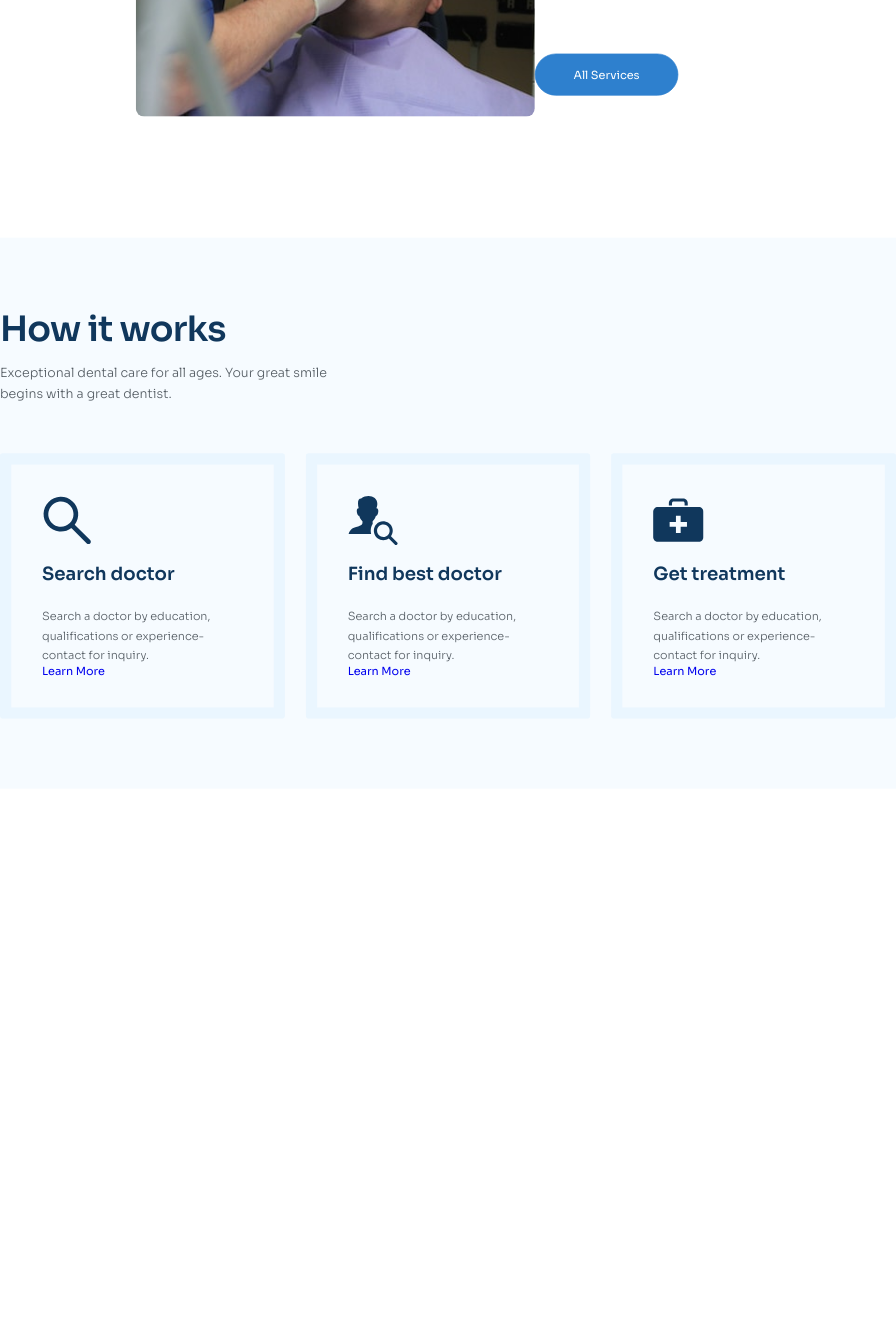
Repository: dongnguyen2112/htmlcss-project-03
Page: index.html
The author's editor kept a copy of each file at every save. The page is drawn from the files as they stood at one save, then again after a run of saves.
The browser window is 1280 px wide. The pictures show the part of the page from y = 1502 to 3422 px (the page is 5720 px tall), at 70% of full size.

Above is the page before, as saved 2023-08-01 17:27:02.

### index.html
<!DOCTYPE html>
<html lang="en">
    <head>
        <meta charset="UTF-8" />
        <meta name="viewport" content="width=device-width, initial-scale=1.0" />
        <title>Shine Smile</title>
        <!-- Favicons -->
        <link
            rel="apple-touch-icon"
            sizes="57x57"
            href="./assets/favicon/apple-icon-57x57.png"
        />
        <link
            rel="apple-touch-icon"
            sizes="60x60"
            href="./assets/favicon/apple-icon-60x60.png"
        />
        <link
            rel="apple-touch-icon"
            sizes="72x72"
            href="./assets/favicon/apple-icon-72x72.png"
        />
        <link
            rel="apple-touch-icon"
            sizes="76x76"
            href="./assets/favicon/apple-icon-76x76.png"
        />
        <link
            rel="apple-touch-icon"
            sizes="114x114"
            href="./assets/favicon/apple-icon-114x114.png"
        />
        <link
            rel="apple-touch-icon"
            sizes="120x120"
            href="./assets/favicon/apple-icon-120x120.png"
        />
        <link
            rel="apple-touch-icon"
            sizes="144x144"
            href="./assets/favicon/apple-icon-144x144.png"
        />
        <link
            rel="apple-touch-icon"
            sizes="152x152"
            href="./assets/favicon/apple-icon-152x152.png"
        />
        <link
            rel="apple-touch-icon"
            sizes="180x180"
            href="./assets/favicon/apple-icon-180x180.png"
        />
        <link
            rel="icon"
            type="image/png"
            sizes="192x192"
            href="./assets/favicon/android-icon-192x192.png"
        />
        <link
            rel="icon"
            type="image/png"
            sizes="32x32"
            href="./assets/favicon/favicon-32x32.png"
        />
        <link
            rel="icon"
            type="image/png"
            sizes="96x96"
            href="./assets/favicon/favicon-96x96.png"
        />
        <link
            rel="icon"
            type="image/png"
            sizes="16x16"
            href="./assets/favicon/favicon-16x16.png"
        />
        <link rel="manifest" href="./assets/favicon/manifest.json" />
        <meta name="msapplication-TileColor" content="#ffffff" />
        <meta
            name="msapplication-TileImage"
            content="./assets/favicon/ms-icon-144x144.png"
        />
        <meta name="theme-color" content="#ffffff" />
        <!-- Font Sora -->
        <link rel="preconnect" href="https://fonts.googleapis.com" />
        <link rel="preconnect" href="https://fonts.gstatic.com" crossorigin />
        <link
            href="https://fonts.googleapis.com/css2?family=Sora:wght@300;400;500;600;700&display=swap"
            rel="stylesheet"
        />
        <!-- Reset CSS -->
        <link rel="stylesheet" href="./assets/css/reset.css" />
        <link rel="stylesheet" href="./assets/css/styles.css" />
    </head>
    <body>
        <header class="header">
            <div class="container">
                <!-- Header-top -->
                <div class="header-top">
                    <!-- Logo -->
                    <a href="/">
                        <div class="logo">
                            <span class="logo__circle"></span>
                            <span class="logo__text">
                                <span class="logo__brand">Shine</span>
                                <span class="logo__brand logo__brand--small">
                                    smile
                                </span>
                            </span>
                        </div>
                    </a>
                    <!-- Navbar -->
                    <nav class="navbar">
                        <ul class="navbar__list">
                            <li class="navbar__item">
                                <a
                                    href="#!"
                                    class="navbar__link navbar__link--active"
                                    >Home</a
                                >
                            </li>
                            <li class="navbar__item">
                                <a href="#!" class="navbar__link">Services</a>
                            </li>
                            <li class="navbar__item">
                                <a href="#!" class="navbar__link">About</a>
                            </li>
                            <li class="navbar__item">
                                <a href="#!" class="navbar__link">Doctors</a>
                            </li>
                        </ul>
                    </nav>
                    <!-- Action -->
                    <div class="header-action">
                        <a href="#!" class="header-action__login">Log In</a>
                        <a href="#!" class="btn header-action__signup"
                            >Sign Up</a
                        >
                    </div>
                </div>
                <!-- Hero -->
                <section class="hero">
                    <!-- Hero-content -->
                    <section class="hero__content">
                        <h1 class="hero__heading">
                            Exceptional dental care for all ages.
                        </h1>
                        <p class="hero__desc">
                            Exceptional dental care for all ages. Your great
                            smile begins with a great dentist.
                        </p>
                        <div class="hero__row">
                            <a href="" class="btn">Book Online</a>
                            <span class="hero__phone"
                                >or call (123) 456-7890</span
                            >
                        </div>
                    </section>
                    <!-- Hero-media -->
                    <section class="hero__media">
                        <figure class="hero__images">
                            <img
                                src="./assets/img/hero-01.jpg"
                                alt=""
                                class="hero__img"
                            />
                            <img
                                src="./assets/img/hero-02.jpg"
                                alt=""
                                class="hero__img"
                            />
                        </figure>
                    </section>
                </section>
            </div>
        </header>
        <main style="height: 5000px">
            <!-- Service -->
            <section class="service">
                <div class="container">
                    <h1 class="service__heading section-heading">
                        Our services
                    </h1>
                    <p class="service__desc section-desc">
                        Exceptional dental care for all ages. Your great smile
                        begins with a great dentist.
                    </p>
                    <div class="service__row">
                        <figure>
                            <img
                                src="./assets/img/service.jpg"
                                alt=""
                                class="service__img"
                            />
                        </figure>
                        <div>
                            <div class="service__list">
                                <!-- Service Item 1 -->
                                <section class="service-item">
                                    <div class="service-item__icon">
                                        <svg
                                            width="22"
                                            height="24"
                                            viewBox="0 0 22 24"
                                            fill="none"
                                            xmlns="http://www.w3.org/2000/svg"
                                        >
                                            <path
                                                d="M20.3598 2.63964C17.9506 -0.556131 14.2772 -0.568132 11.2481 1.10682C11.001 1.24657 10.7219 1.31411 10.4406 1.30222C10.1592 1.29033 9.88633 1.19945 9.65105 1.03931C8.49552 0.245717 7.29036 -0.316477 5.13904 0.207462C0.623408 1.3071 0 4.90379 0 8.99816C0.0797353 12.1602 0.500857 15.3032 1.25551 18.3683C2.11836 22.0168 3.90382 24 5.43354 24C6.96326 24 7.00963 22.2204 7.00963 20.8016C7.00963 19.2009 7.39505 14.8009 10.8642 14.8009C13.5317 14.8009 14.3333 18.4013 14.3333 20.8016C14.3329 23.095 15.1722 24 16.6628 24C19.5267 24 20.9796 15.3938 21.3719 13.1237C21.7642 10.8535 22.9882 6.12569 20.3598 2.63964Z"
                                                fill="currentColor"
                                            />
                                        </svg>
                                        <!-- Icon -->
                                    </div>
                                    <div class="service-item__body">
                                        <h3 class="service-item__heading">
                                            Oral Surgery
                                        </h3>
                                        <p class="service-item__desc">
                                            Everything you expect and then some.
                                            Cleanings, fillings, and x-rays.
                                        </p>
                                    </div>
                                </section>
                                <!-- Service Item 2 -->
                                <section class="service-item">
                                    <div class="service-item__icon">
                                        <svg
                                            width="22"
                                            height="24"
                                            viewBox="0 0 22 24"
                                            fill="none"
                                            xmlns="http://www.w3.org/2000/svg"
                                        >
                                            <path
                                                d="M20.3598 2.63964C17.9506 -0.556131 14.2772 -0.568132 11.2481 1.10682C11.001 1.24657 10.7219 1.31411 10.4406 1.30222C10.1592 1.29033 9.88633 1.19945 9.65105 1.03931C8.49552 0.245717 7.29036 -0.316477 5.13904 0.207462C0.623408 1.3071 0 4.90379 0 8.99816C0.0797353 12.1602 0.500857 15.3032 1.25551 18.3683C2.11836 22.0168 3.90382 24 5.43354 24C6.96326 24 7.00963 22.2204 7.00963 20.8016C7.00963 19.2009 7.39505 14.8009 10.8642 14.8009C13.5317 14.8009 14.3333 18.4013 14.3333 20.8016C14.3329 23.095 15.1722 24 16.6628 24C19.5267 24 20.9796 15.3938 21.3719 13.1237C21.7642 10.8535 22.9882 6.12569 20.3598 2.63964Z"
                                                fill="currentColor"
                                            />
                                        </svg>
                                        <!-- Icon -->
                                    </div>
                                    <div class="service-item__body">
                                        <h3 class="service-item__heading">
                                            Wisdom Teeth Removal
                                        </h3>
                                        <p class="service-item__desc">
                                            Everything you expect and then some.
                                            Cleanings, fillings, and x-rays.
                                        </p>
                                    </div>
                                </section>
                                <!-- Service Item 3 -->
                                <section class="service-item">
                                    <div class="service-item__icon">
                                        <svg
                                            width="22"
                                            height="24"
                                            viewBox="0 0 22 24"
                                            fill="none"
                                            xmlns="http://www.w3.org/2000/svg"
                                        >
                                            <path
                                                d="M20.3598 2.63964C17.9506 -0.556131 14.2772 -0.568132 11.2481 1.10682C11.001 1.24657 10.7219 1.31411 10.4406 1.30222C10.1592 1.29033 9.88633 1.19945 9.65105 1.03931C8.49552 0.245717 7.29036 -0.316477 5.13904 0.207462C0.623408 1.3071 0 4.90379 0 8.99816C0.0797353 12.1602 0.500857 15.3032 1.25551 18.3683C2.11836 22.0168 3.90382 24 5.43354 24C6.96326 24 7.00963 22.2204 7.00963 20.8016C7.00963 19.2009 7.39505 14.8009 10.8642 14.8009C13.5317 14.8009 14.3333 18.4013 14.3333 20.8016C14.3329 23.095 15.1722 24 16.6628 24C19.5267 24 20.9796 15.3938 21.3719 13.1237C21.7642 10.8535 22.9882 6.12569 20.3598 2.63964Z"
                                                fill="currentColor"
                                            />
                                        </svg>
                                        <!-- Icon -->
                                    </div>
                                    <div class="service-item__body">
                                        <h3 class="service-item__heading">
                                            Preventative Dentistry
                                        </h3>
                                        <p class="service-item__desc">
                                            Everything you expect and then some.
                                            Cleanings, fillings, and x-rays.
                                        </p>
                                    </div>
                                </section>
                            </div>
                            <a href="#!" class="btn">All Services </a>
                        </div>
                    </div>
                </div>
            </section>
            <!-- Work -->
            <section class="work">
                <h2 class="section-heading">How it works</h2>
                <p class="section-desc work__desc">Exceptional dental care for all ages. Your great smile begins with a great dentist.</p>
                <div class="work__list">
                    <!-- Work Item 1 -->
                    <section class="word-item">
                        <img src="./assets/img/Icon/Orion_search.svg" alt="" class="work-item__icon">
                        <h3 class="work-item__heading">Search doctor</h3>
                        <p class="work-item__desc">Search a doctor by education, qualifications or experience-contact for inquiry.</p>
                        <a href="#!" class="work-item__more">Learn More</a>
                    </section>
                     <!-- Work Item 2 -->
                     <section class="word-item">
                        <img src="./assets/img/Icon/Orion_find-user.svg" alt="" class="work-item__icon">
                        <h3 class="work-item__heading">Find best doctor</h3>
                        <p class="work-item__desc">Search a doctor by education, qualifications or experience-contact for inquiry.</p>
                        <a href="#!" class="work-item__more">Learn More</a>
                    </section>
                     <!-- Work Item 3 -->
                     <section class="word-item">
                        <img src="./assets/img/Icon/Orion_first-aid-kit.svg" alt="" class="work-item__icon">
                        <h3 class="work-item__heading">Get treatment</h3>
                        <p class="work-item__desc">Search a doctor by education, qualifications or experience-contact for inquiry.</p>
                        <a href="#!" class="work-item__more">Learn More</a>
                    </section>
                </div>
            </section>
        </main>
    </body>
</html>

### assets/css/styles.css
* {
    box-sizing: border-box;
}
:root {
    --header-bg: #10375c;
}
html {
    font-size: 62.5%;
}
body {
    font-size: 1.6rem;
    font-family: "Sora", sans-serif;
}
/* Common */
.container {
    width: 1170px;
    max-width: calc(100% - 48px);
    margin: 0 auto;
}
a {
    text-decoration: none;
}
.btn {
    --height: 60px;

    color: #fff;
    background: #2e80ce;
    height: var(--height);
    padding: 0 20px;
    display: inline-block;
    line-height: var(--height);
    border-radius: 99px;
    min-width: 205px;
    text-align: center;
    font-size: 1.6rem;
    font-weight: 400;
    border: 1px solid #2e80ce;
}
.btn:hover {
    cursor: pointer;
    opacity: 0.9;
}
.section-heading {
    color: #10375c;
    font-size: 5rem;
    font-weight: 600;
    line-height: 1.2; /* 120% */
    letter-spacing: -1px;
}
.section-desc {
    margin-top: 18px;
    color: #575f66;
    font-size: 1.8rem;
    font-weight: 300;
    line-height: 1.67; /* 166.667% */
}
/* Header */
.header {
    min-height: 100vh;
    padding-top: 30px;
    background-color: var(--header-bg);
}
.logo {
    font-size: 1rem;
    position: relative;
    display: flex;
}
.logo__circle::before,
.logo__circle::after {
    content: "";
    display: inline-block;
    border-radius: 50%;
}
.logo__circle::before {
    width: 3em;
    height: 3em;
    background: #2e80ce;
}
.logo__circle::after {
    position: absolute;
    top: 1.1em;
    left: 1.1em;
    width: 1.5em;
    height: 1.5em;
    background: #fff;
}
.logo__text {
    margin-left: 0.6em;
    color: #fff;
    text-align: right;
    line-height: 1.6em;
}
.logo__brand {
    display: block;
    font-size: 1.8rem;
    font-weight: 400;
    color: #fff;
}
.logo__brand--small {
    font-size: 1.2em;
    font-weight: 300;
}

/* Header-top */
.header-top {
    display: flex;
    align-items: center;
    justify-content: space-between;
}
.navbar__list {
    display: flex;
}
.header-action__login,
.navbar__link {
    padding: 4px 21px;
    color: #c9d2da;
    font-size: 1.6rem;
    font-weight: 300;
}
.navbar__link:hover,
.navbar__link--active {
    color: #fff;
    text-shadow: 1px 0 0 currentColor;
}
.navbar__link--active::before {
    position: relative;
    top: -2px;
    left: -8px;
    content: "";
    display: inline-block;
    width: 6px;
    height: 6px;
    border-radius: 50%;
    background: #fff;
}
.header-action {
    display: flex;
    align-items: center;
}
.header-action__login {
    margin-right: 7px;
}
.header-action__signup {
    --height: 44px;
    min-width: 104px;
    text-align: center;
}
/* hero */
.hero {
    display: flex;
    margin-top: 76px;
    align-items: center;
}
.hero__content {
    flex-shrink: 0;
    width: 44%;
}
.hero__media {
    flex-grow: 1;
}
.hero__heading {
    color: #fff;
    font-size: 7rem;
    font-weight: 600;
    line-height: 1.14;
    letter-spacing: -0.02em;
}
.hero__desc {
    margin-top: 22px;
    color: #c9d2da;
    font-size: 1.8rem;
    font-weight: 300;
    line-height: 1.67;
}
.hero__row {
    display: flex;
    align-items: center;
    margin-top: 38px;
}
.hero__phone {
    color: #fff;
    text-align: center;
    font-size: 1.8rem;
    line-height: 1.67;
    margin-left: 38px;
}
.hero__images {
    display: flex;
    align-items: center;
    justify-content: flex-end;
}
.hero__img {
    width: 330px;
    height: 540px;
    border-radius: 6px;
    object-fit: cover;
}
.hero__img:first-child {
    position: relative;
    margin-right: -6px;
}
.hero__img:last-child {
    width: 210px;
    height: 410px;
}
/* Service */
.service {
    padding: 170px;
}
.service__heading,
.service__desc {
    text-align: center;
}
.service__desc {
    width: 468px;
    margin-right: auto;
    margin-left: auto;
}
.service__row {
    display: flex;
    align-items: center;
    justify-content: space-between;
    margin-top: 70px;
}
.service__img {
    width: 570px;
    height: 570px;
    border-radius: 12px;
    object-fit: cover;
}
/* Service Item */
.service-item {
    display: flex;
    width: 470px;
    padding: 22px;
    border-radius: 10px;
    background: #fff;
    transition: 0.25;
}
.service-item:hover {
    position: relative;
    box-shadow: 0px 14px 28px rgba(0, 0, 0, 0.05);
}
.service-item:hover .service-item__icon {
    background: #2e80ce;
    color: #fff;
}
.service-item__icon {
    width: 60px;
    height: 60px;
    display: flex;
    align-items: center;
    justify-content: center;
    flex-shrink: 0;
    background: #eff6fd;
    color: #10375c;
    box-shadow: 0px 8px 16px rgba(0, 0, 0, 0.05);
    border-radius: 50%;
    transition: 0.25;
}
.service-item__body {
    margin-left: 20px;
}
.service-item__heading {
    color: #10375c;
    font-size: 1.8rem;
    line-height: 1.27;
    font-weight: 600;
}
.service-item__desc {
    color: #575f66;
    margin-top: 8px;
    font-size: 1.6rem;
    font-weight: 300;
    line-height: 1.75; /* 175% */
}
.service__list {
    margin-bottom: 55px;
}
/* Work */
.work {
    background: #f6fbff;
    padding: 100px 0;
}
.work__desc {
    width: 468px;
}
.work__list {
    display: grid;
    grid-template-columns: repeat(3, 1fr);
    column-gap: 30px;
    margin-top: 70px;
}
.word-item{
    padding: 44px;
    border: 16px solid #EAF6FF;
    border-radius: 4px;
}
.work-item__heading {
    margin-top: 20px;
    color: #10375c;
    font-size: 2.6rem;
    font-weight: 600;
    line-height: 1.38; /* 138.462% */
}
.work-item__desc {
    margin-top: 28px;
    width: 254px;
    color: #575f66;
    font-size: 1.6rem;
    font-weight: 300;
    line-height: 1.75; /* 175% */
}
.work__more {
    margin-top: 18px;
    color: #2e80ce;
    font-size: 1.6rem;
    font-weight: 400;
    line-height: 1.75; /* 175% */
}

Loaded but not shown: assets/css/reset.css (common file)

After the next 3 saves:
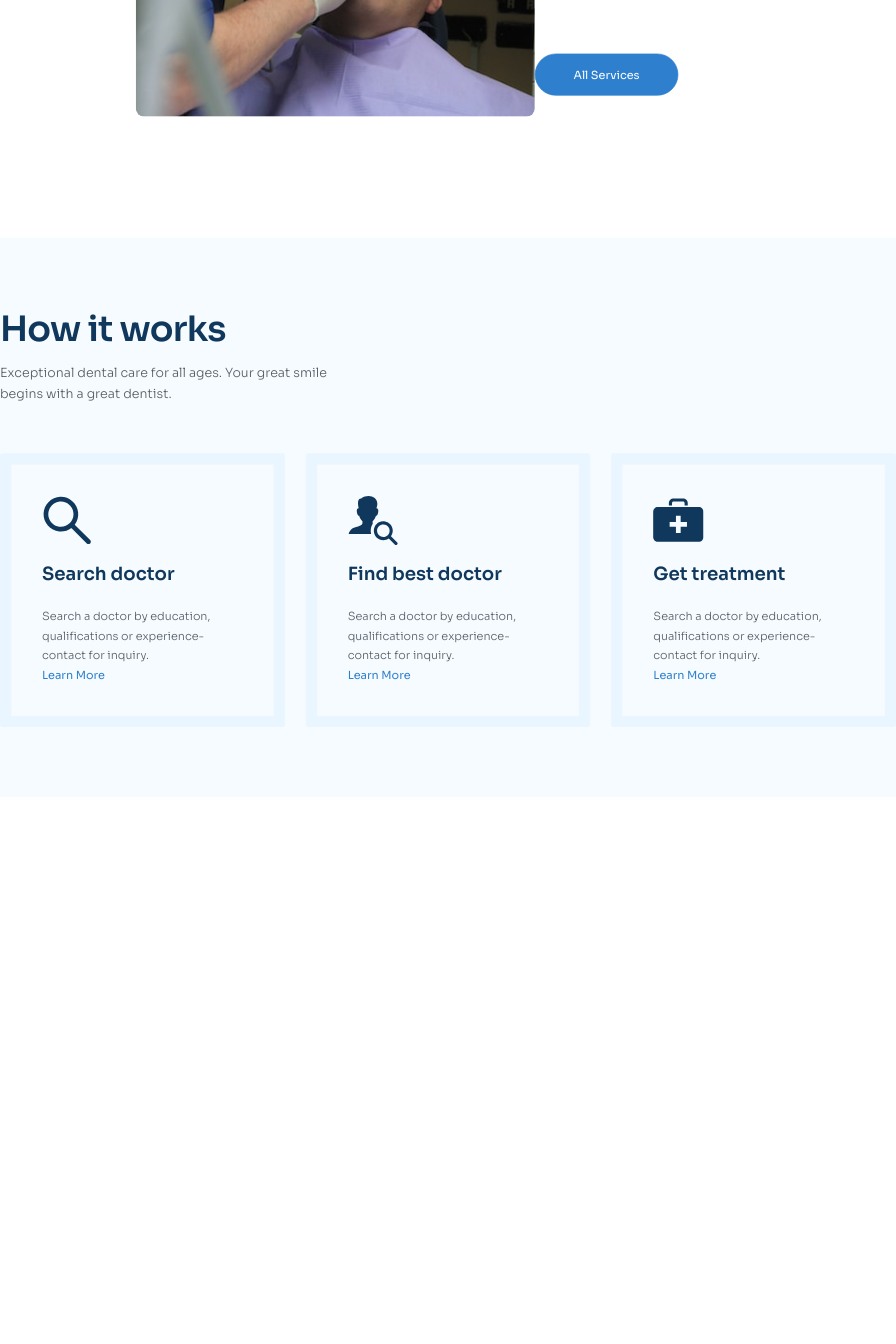
The 3 saves are shown as one change because they came seconds apart.
The last was saved 16 s later.
--- a/assets/css/styles.css
+++ b/assets/css/styles.css
@@ -311,7 +311,8 @@ a {
     font-weight: 300;
     line-height: 1.75; /* 175% */
 }
-.work__more {
+.work-item__more{
+
     margin-top: 18px;
     color: #2e80ce;
     font-size: 1.6rem;
